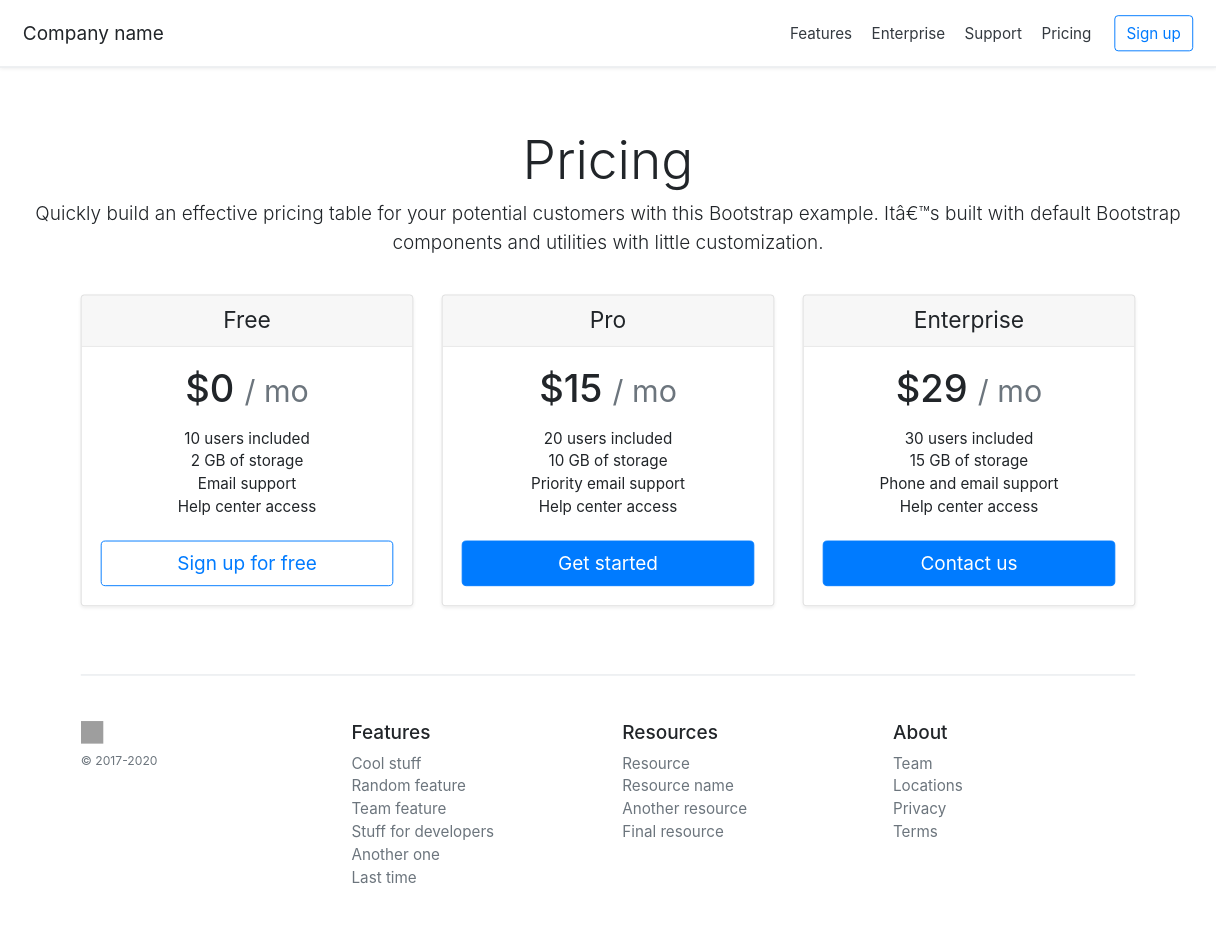
Repository: SettingRhino/innogleantmanager
Page: http://localhost/antmanager/WEB-INF/views/home.jsp
These files come from the project's save history. The page is drawn as it stood at one moment and after the next save; the edit follows.
The browser window is 1280 px wide. The pictures show the whole page, at 95% of full size.
Pictures or frames that could not be fetched are drawn as grey boxes. The page is served by Tomcat 9. Nobody is signed in. Other server files are loaded and not shown. The template is opened directly, without the code that normally fills it, so the values that code supplies are empty.

Above is the page before, as saved 2020-06-07 07:05:34.
Not found: antmanager/antmanager/WEB-INF/views/pricing.css

### antmanager/src/main/webapp/WEB-INF/views/home.jsp
<%@ taglib uri="http://java.sun.com/jsp/jstl/core" prefix="c" %>

<!doctype html>
<html>
  <head>
    <meta charset="utf-8">
    <meta name="viewport" content="width=device-width, initial-scale=1, shrink-to-fit=no">
    <meta name="description" content="">
    <meta name="author" content="Mark Otto, Jacob Thornton, and Bootstrap contributors">
    <meta name="generator" content="Jekyll v4.0.1">
    <title>Pricing example · Bootstrap</title>

    <link rel="canonical" href="https://getbootstrap.com/docs/4.5/examples/pricing/">

    <!-- Bootstrap core CSS -->
<link href="<c:url value="/resources/css/bootstrap.min.css"/>" rel="stylesheet" integrity="sha384-9aIt2nRpC12Uk9gS9baDl411NQApFmC26EwAOH8WgZl5MYYxFfc+NcPb1dKGj7Sk" crossorigin="anonymous">

    <!-- Favicons
<link rel="icon" href="/docs/4.5/assets/img/favicons/favicon.ico">
 -->


    <style>
      .bd-placeholder-img {
        font-size: 1.125rem;
        text-anchor: middle;
        -webkit-user-select: none;
        -moz-user-select: none;
        -ms-user-select: none;
        user-select: none;
      }

      @media (min-width: 768px) {
        .bd-placeholder-img-lg {
          font-size: 3.5rem;
        }
      }
    </style>
    <!-- Custom styles for this template -->
    <link href="pricing.css" rel="stylesheet">
  </head>
  <body>
    <div class="d-flex flex-column flex-md-row align-items-center p-3 px-md-4 mb-3 bg-white border-bottom shadow-sm">
  <h5 class="my-0 mr-md-auto font-weight-normal">Company name</h5>
  <nav class="my-2 my-md-0 mr-md-3">
    <a class="p-2 text-dark" href="#">Features</a>
    <a class="p-2 text-dark" href="#">Enterprise</a>
    <a class="p-2 text-dark" href="#">Support</a>
    <a class="p-2 text-dark" href="#">Pricing</a>
  </nav>
  <a class="btn btn-outline-primary" href="#">Sign up</a>
</div>

<div class="pricing-header px-3 py-3 pt-md-5 pb-md-4 mx-auto text-center">
  <h1 class="display-4">Pricing</h1>
  <p class="lead">Quickly build an effective pricing table for your potential customers with this Bootstrap example. It’s built with default Bootstrap components and utilities with little customization.</p>
</div>

<div class="container">
  <div class="card-deck mb-3 text-center">
    <div class="card mb-4 shadow-sm">
      <div class="card-header">
        <h4 class="my-0 font-weight-normal">Free</h4>
      </div>
      <div class="card-body">
        <h1 class="card-title pricing-card-title">$0 <small class="text-muted">/ mo</small></h1>
        <ul class="list-unstyled mt-3 mb-4">
          <li>10 users included</li>
          <li>2 GB of storage</li>
          <li>Email support</li>
          <li>Help center access</li>
        </ul>
        <button type="button" class="btn btn-lg btn-block btn-outline-primary">Sign up for free</button>
      </div>
    </div>
    <div class="card mb-4 shadow-sm">
      <div class="card-header">
        <h4 class="my-0 font-weight-normal">Pro</h4>
      </div>
      <div class="card-body">
        <h1 class="card-title pricing-card-title">$15 <small class="text-muted">/ mo</small></h1>
        <ul class="list-unstyled mt-3 mb-4">
          <li>20 users included</li>
          <li>10 GB of storage</li>
          <li>Priority email support</li>
          <li>Help center access</li>
        </ul>
        <button type="button" class="btn btn-lg btn-block btn-primary">Get started</button>
      </div>
    </div>
    <div class="card mb-4 shadow-sm">
      <div class="card-header">
        <h4 class="my-0 font-weight-normal">Enterprise</h4>
      </div>
      <div class="card-body">
        <h1 class="card-title pricing-card-title">$29 <small class="text-muted">/ mo</small></h1>
        <ul class="list-unstyled mt-3 mb-4">
          <li>30 users included</li>
          <li>15 GB of storage</li>
          <li>Phone and email support</li>
          <li>Help center access</li>
        </ul>
        <button type="button" class="btn btn-lg btn-block btn-primary">Contact us</button>
      </div>
    </div>
  </div>

  <footer class="pt-4 my-md-5 pt-md-5 border-top">
    <div class="row">
      <div class="col-12 col-md">
        <img class="mb-2" src="/docs/4.5/assets/brand/bootstrap-solid.svg" alt="" width="24" height="24">
        <small class="d-block mb-3 text-muted">&copy; 2017-2020</small>
      </div>
      <div class="col-6 col-md">
        <h5>Features</h5>
        <ul class="list-unstyled text-small">
          <li><a class="text-muted" href="#">Cool stuff</a></li>
          <li><a class="text-muted" href="#">Random feature</a></li>
          <li><a class="text-muted" href="#">Team feature</a></li>
          <li><a class="text-muted" href="#">Stuff for developers</a></li>
          <li><a class="text-muted" href="#">Another one</a></li>
          <li><a class="text-muted" href="#">Last time</a></li>
        </ul>
      </div>
      <div class="col-6 col-md">
        <h5>Resources</h5>
        <ul class="list-unstyled text-small">
          <li><a class="text-muted" href="#">Resource</a></li>
          <li><a class="text-muted" href="#">Resource name</a></li>
          <li><a class="text-muted" href="#">Another resource</a></li>
          <li><a class="text-muted" href="#">Final resource</a></li>
        </ul>
      </div>
      <div class="col-6 col-md">
        <h5>About</h5>
        <ul class="list-unstyled text-small">
          <li><a class="text-muted" href="#">Team</a></li>
          <li><a class="text-muted" href="#">Locations</a></li>
          <li><a class="text-muted" href="#">Privacy</a></li>
          <li><a class="text-muted" href="#">Terms</a></li>
        </ul>
      </div>
    </div>
  </footer>
</div>
</body>
</html>

### antmanager/src/main/webapp/resources/css/pricing.css
@charset "UTF-8";
html {
  font-size: 14px;
}
@media (min-width: 768px) {
  html {
    font-size: 16px;
  }
}

.container {
  max-width: 960px;
}

.pricing-header {
  max-width: 700px;
}

.card-deck .card {
  min-width: 220px;
}

Loaded but not shown: antmanager/src/main/webapp/resources/css/bootstrap.min.css (library)

After the next save:
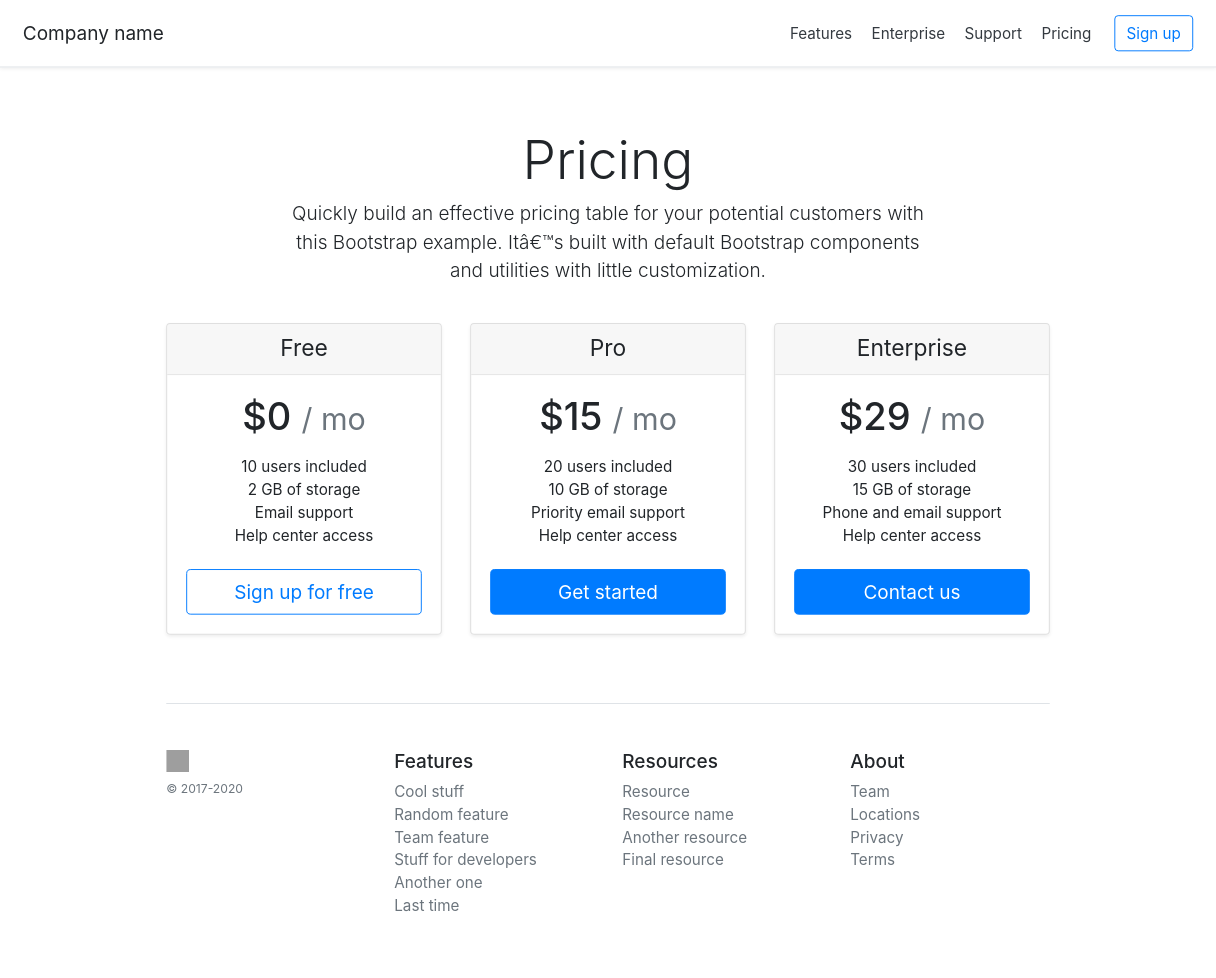
Saved 115 s later.
--- a/antmanager/src/main/webapp/WEB-INF/views/home.jsp
+++ b/antmanager/src/main/webapp/WEB-INF/views/home.jsp
@@ -37,7 +37,8 @@
       }
     </style>
     <!-- Custom styles for this template -->
-    <link href="pricing.css" rel="stylesheet">
+
+    <link href= "<c:url value="/resources/css/pricing.css"/>" rel="stylesheet">
   </head>
   <body>
     <div class="d-flex flex-column flex-md-row align-items-center p-3 px-md-4 mb-3 bg-white border-bottom shadow-sm">
